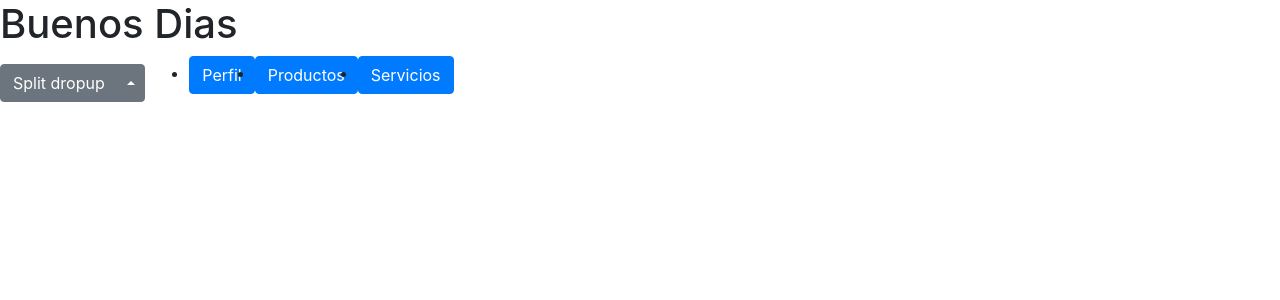
Repository: Alemartinez97/New-Repository
Page: programacion-3/tp4/index.html
The author's editor kept a copy of each file at every save. The page is drawn from the files as they stood at one save, then again after the next save.
The browser window is 1280 px wide. The pictures show the whole page.

Above is the page before, as saved 2020-06-11 15:25:04.

### programacion-3/tp4/index.html
<!DOCTYPE html>
<html lang="en">
<head>
    <meta charset="UTF-8">
    <meta name="viewport" content="width=device-width, initial-scale=1.0">
    <title>Bienvenido</title>
    <link rel="stylesheet" href="https://stackpath.bootstrapcdn.com/bootstrap/4.5.0/css/bootstrap.min.css" integrity="sha384-9aIt2nRpC12Uk9gS9baDl411NQApFmC26EwAOH8WgZl5MYYxFfc+NcPb1dKGj7Sk" crossorigin="anonymous">
</head>
<body>
  <h1 class="h1">Buenos Dias</h1>
  <div class="btn-group dropup">
    <button type="button" class="btn btn-secondary">
      Split dropup
    </button>
    <button type="button" class="btn btn-secondary dropdown-toggle dropdown-toggle-split" data-toggle="dropdown" aria-haspopup="true" aria-expanded="false">
      <span class="sr-only">Toggle Dropdown</span>
    </button>
    <div class="dropdown-menu">
      <!-- Dropdown menu links -->
    </div>
  </div>
  <ul  class="btn-group dropup">
    <li><a href="./tareas/lista.html" class="btn btn-primary">Perfil</a></li>
    <li><a href="producto.html" class="btn btn-primary">Productos</a></li>
    <li><a href="servicio.html" class="btn btn-primary">Servicios</a></li>
    </ul>
</body>
</html>

After the next save:
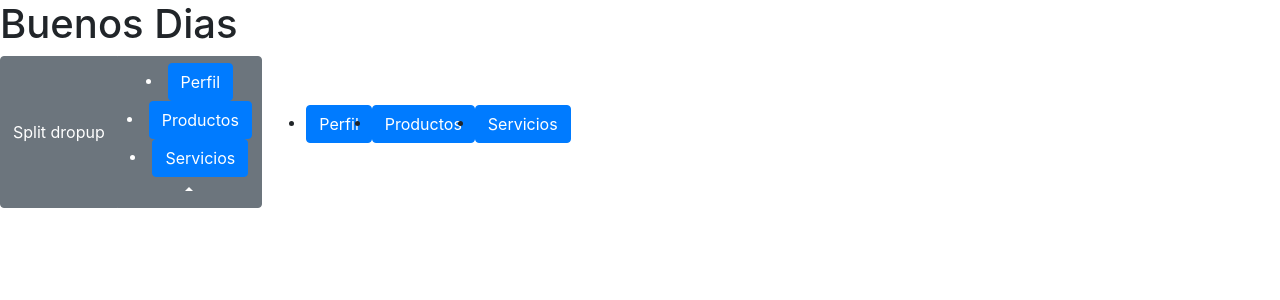
Saved 56 s later.
--- a/programacion-3/tp4/index.html
+++ b/programacion-3/tp4/index.html
@@ -14,6 +14,9 @@
     </button>
     <button type="button" class="btn btn-secondary dropdown-toggle dropdown-toggle-split" data-toggle="dropdown" aria-haspopup="true" aria-expanded="false">
       <span class="sr-only">Toggle Dropdown</span>
+      <li><a href="./tareas/lista.html" class="btn btn-primary">Perfil</a></li>
+    <li><a href="producto.html" class="btn btn-primary">Productos</a></li>
+    <li><a href="servicio.html" class="btn btn-primary">Servicios</a></li>
     </button>
     <div class="dropdown-menu">
       <!-- Dropdown menu links -->
